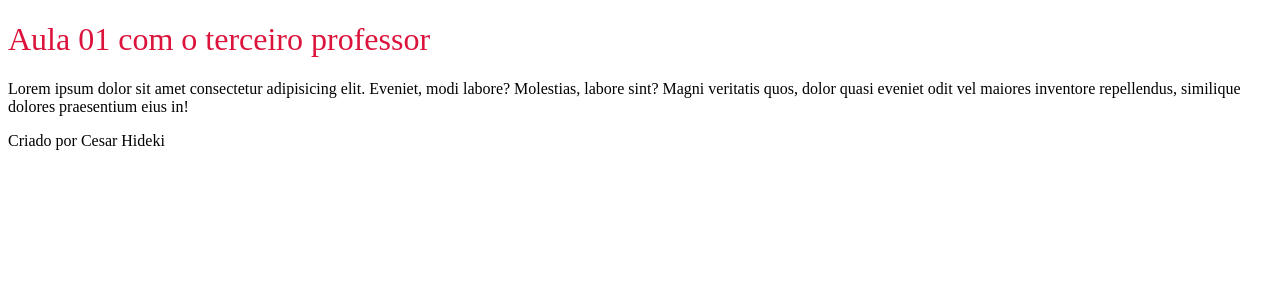
Repository: geracao-11/aula-01-pt2
Page: index.html
These files come from the project's save history. The page is drawn as it stood at one moment and after the next save; the edit follows.
The browser window is 1280 px wide. The pictures show the whole page.

Above is the page before, as saved 2025-04-09 10:16:10.

### index.html
<!DOCTYPE html>
<html lang="en">
<head>
    <meta charset="UTF-8">
    <meta name="viewport" content="width=device-width, initial-scale=1.0">
    <title>AULA 01</title>
    <link rel="stylesheet" href="style.css">
</head>
<body>
    <header>

    </header>
    <main>
        <h1>Aula 01 com o terceiro professor</h1>
        <p>Lorem ipsum dolor sit amet consectetur adipisicing elit. Eveniet, modi labore? Molestias, labore sint? Magni veritatis quos, dolor quasi eveniet odit vel maiores inventore repellendus, similique dolores praesentium eius in!</p>
    </main>
    <footer>
        Criado por Cesar Hideki
    </footer>
</body>
</html>

### style.css
h1 {
    font-size: xx-large;
    font-weight: lighter;
    color: crimson;
}

p {
    background-color: ;
}

After the next save:
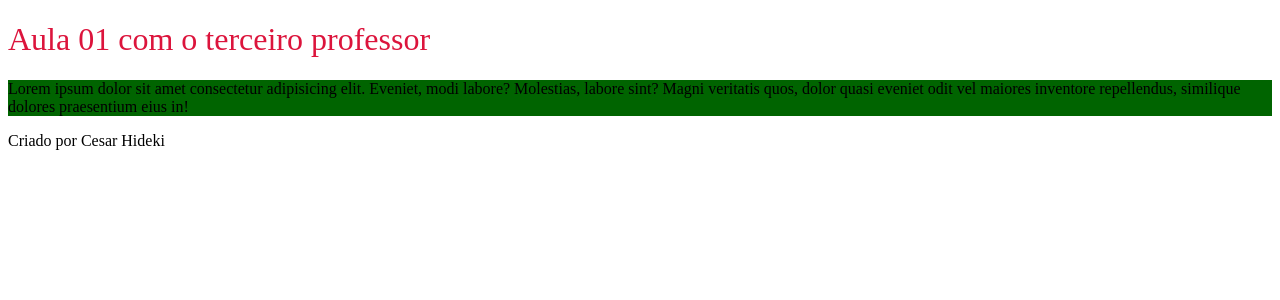
Saved 6 s later.
--- a/style.css
+++ b/style.css
@@ -5,5 +5,5 @@
 }
 
 p {
-    background-color: ;
+    background-color: darkgreen;
 }
